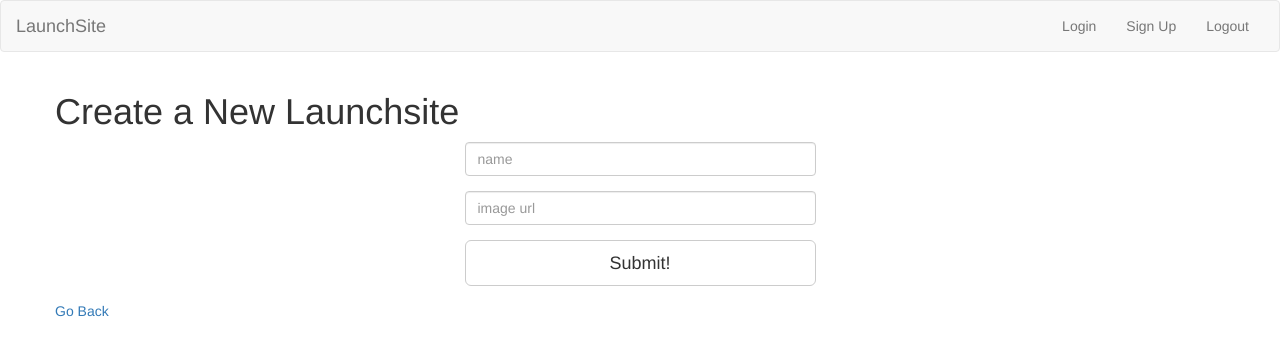
Repository: Oscar6/Udemy-workspace
Page: http://localhost/launchsite/new
The author's editor kept a record of every edit. The page is drawn from the files as they stood at one moment, then again after the next edit.
The browser window is 1280 px wide. The pictures show the whole page.
The page is served by the project's Node server (YelpCamp/v1/app.js).

Above is the page before.

After the next edit:
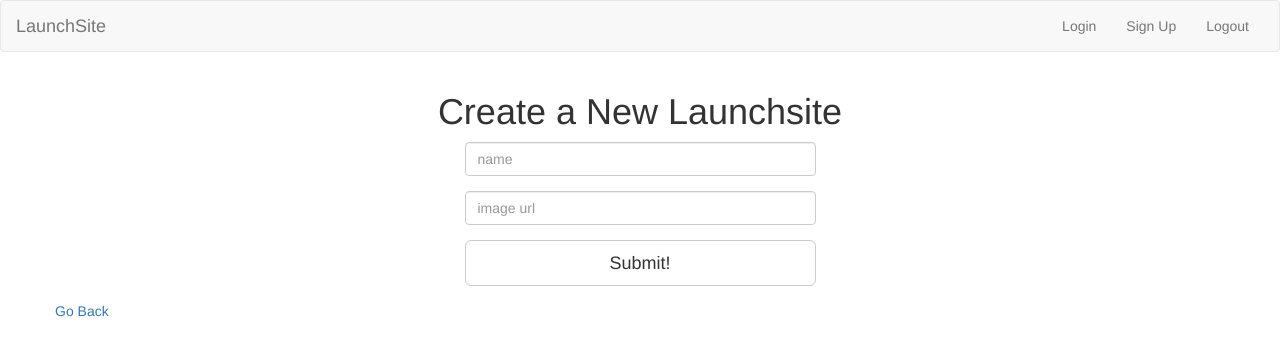
The edit:
--- a/YelpCamp/v1/views/new.ejs
+++ b/YelpCamp/v1/views/new.ejs
@@ -1,7 +1,7 @@
 <% include partials/header %>
 <div class="container">
     <div class="row">
-        <h1>Create a New Launchsite</h1>
+        <h1 style="text-align: center;">Create a New Launchsite</h1>
         <div style="width: 30%; margin: 0 auto;"
             <form action="/launchsite" method="POST">
                 <div class="form-group">
